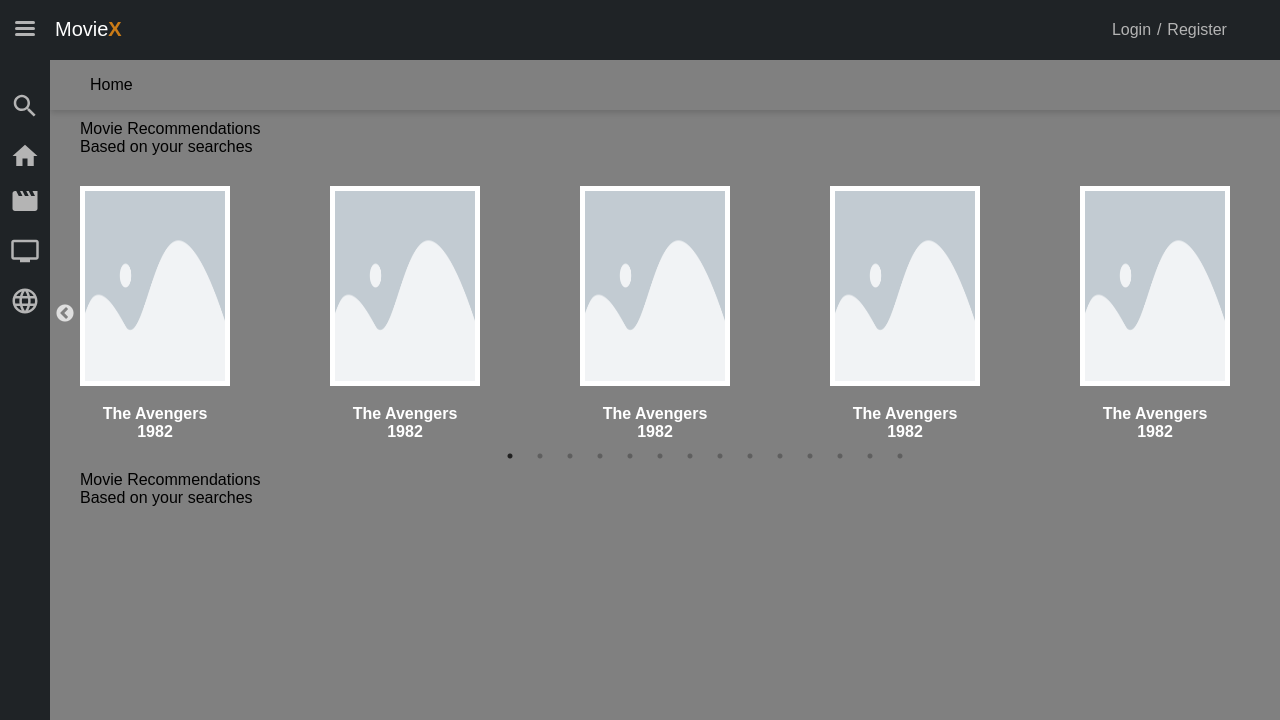
Repository: Amad-Mlinka/MovieTVBrowserNext
Page: /
An editor plug-in stored every save of this project. The page is shown before and after the next save, followed by the edit.
The browser window is 1280 px wide. The pictures show the whole page.
The project was rebuilt for these pictures with package versions that can differ from the ones it lists, and the page was loaded fresh each time. The framework's server and built-in components were replaced by stand-ins that run in the browser. Also part of the build but not shown: next.config.js.

Above is the page before, as saved 2021-08-07 19:55:00.

After the next save:
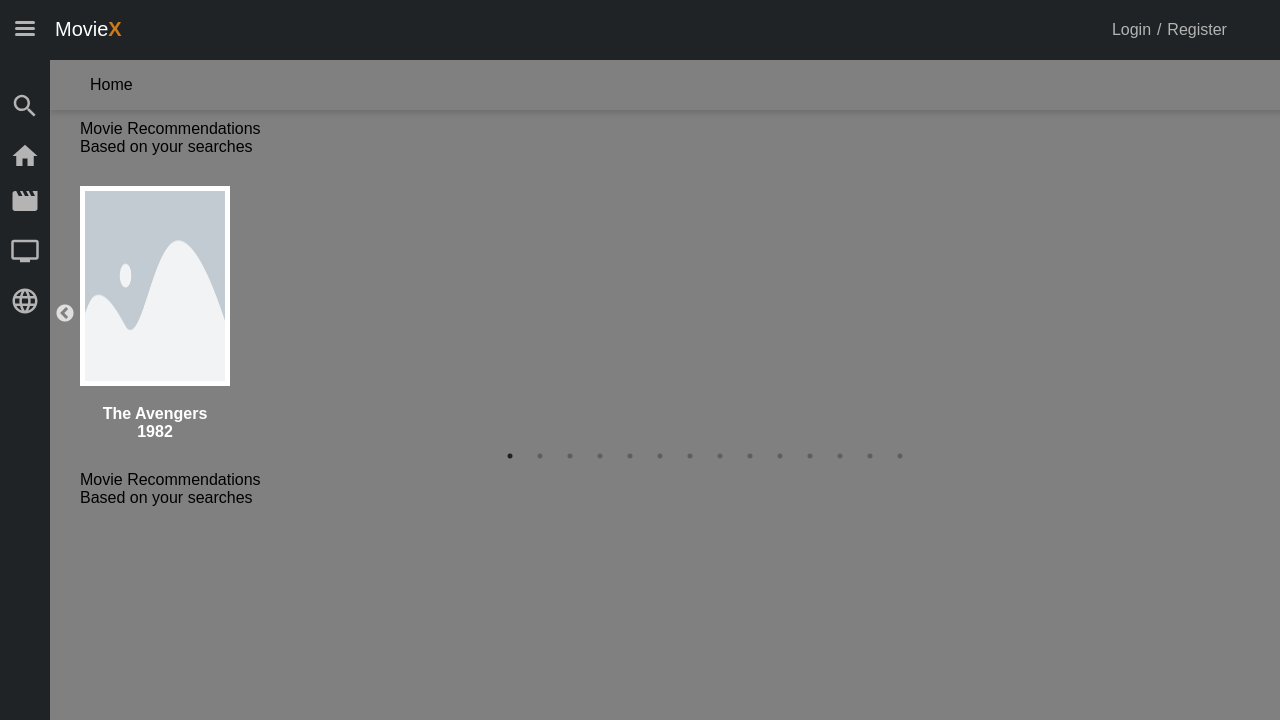
Saved 4 s later.
--- a/components/mediaList/MediaList.tsx
+++ b/components/mediaList/MediaList.tsx
@@ -15,7 +15,7 @@
         dots: true,
         infinite: true,
         speed: 500,
-        slidesToShow: 5,
+        slidesToShow: 1,
         slidesToScroll: 1,
         responsive: [
             {

After the save that followed:
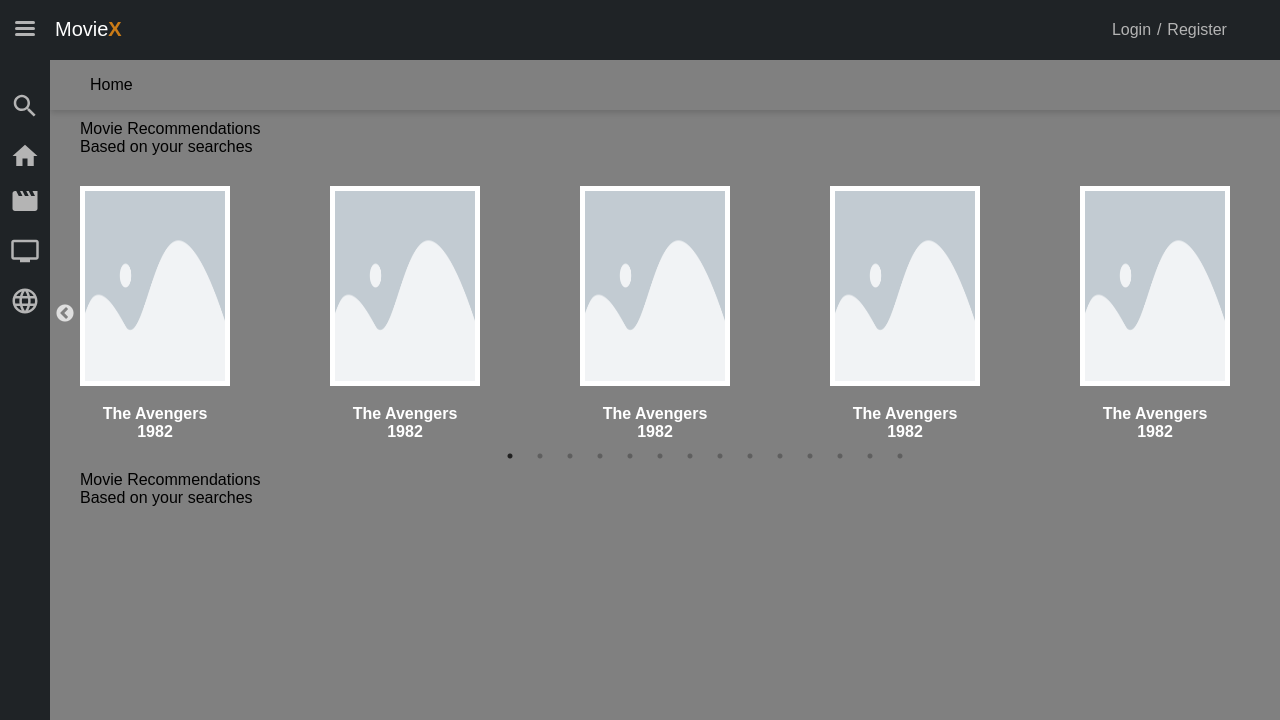
Saved 25 s later.
--- a/components/mediaList/MediaList.tsx
+++ b/components/mediaList/MediaList.tsx
@@ -15,7 +15,7 @@
         dots: true,
         infinite: true,
         speed: 500,
-        slidesToShow: 1,
+        slidesToShow: 5,
         slidesToScroll: 1,
         responsive: [
             {
